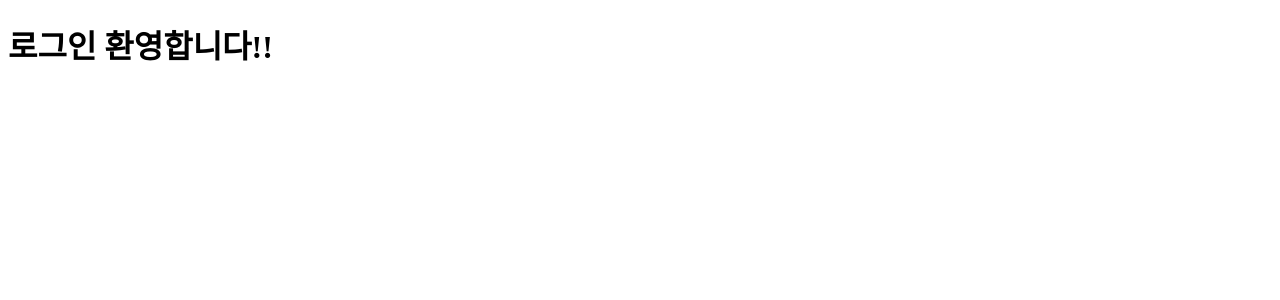
Repository: Gaebulga/eclipse-workspace
Page: http://localhost/181226_Member/success.jsp
The author's editor kept a copy of each file at every save. The page is drawn from the files as they stood at one save, then again after the next save.
The browser window is 1280 px wide. The pictures show the whole page.
The page is served by Tomcat 9.

Above is the page before, as saved 2018-12-27 05:29:27.

After the next save:
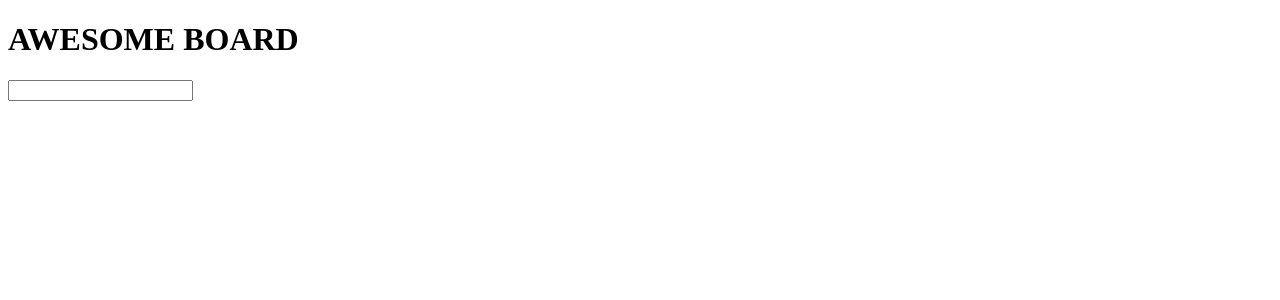
Saved 3 min 59 s later.
--- a/181226_Member/WebContent/success.jsp
+++ b/181226_Member/WebContent/success.jsp
@@ -4,9 +4,18 @@
 <html>
 <head>
 <meta charset="UTF-8">
-<title>Insert title here</title>
+<title> 게시물 페이지 </title>
 </head>
 <body>
-	<h1> 로그인 환영합니다!!</h1>
+	<h1> AWESOME BOARD </h1>
+
+	<!-- 하나의 서블릿이 처리하기때문에 member로 한다. -->
+	<form action="member" method="post">
+		<input type="hidden" name="action" value="insertBoard">
+		<input type="text" name="message"><br>
+
+
+	</form>
+
 </body>
 </html>
